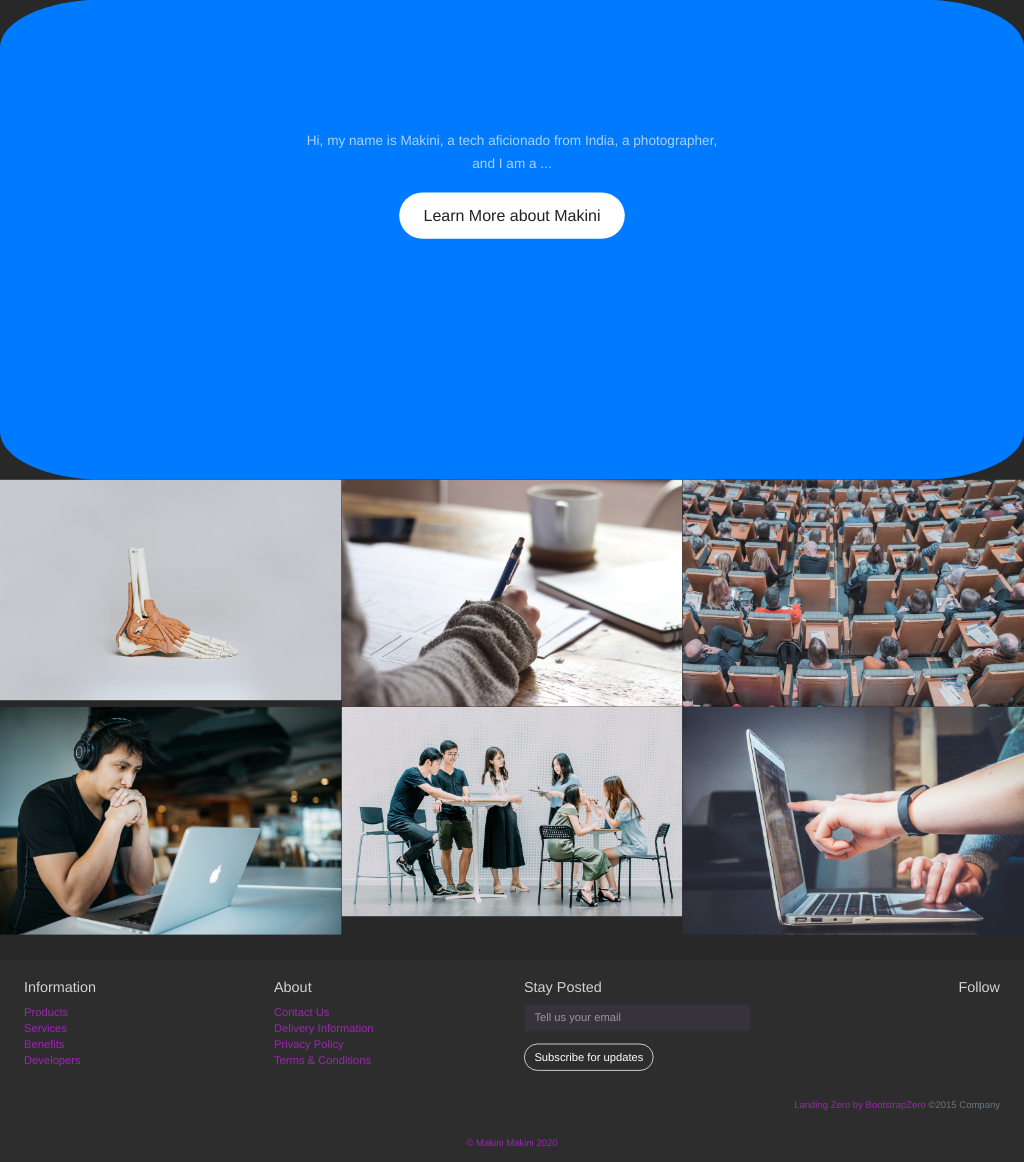
Repository: MakiniMakini/AMSUN-NOTES
Page: http://localhost/
An editor plug-in stored every save of this project. The page is shown before and after the next save, followed by the edit.
The browser window is 1280 px wide. The pictures show the part of the page from y = 807 to 2260 px (the page is 2260 px tall), at 80% of full size.
Some web fonts or font styles are not loaded; a fallback is used. The page is served by the project's application, run on Flask 3 (application.py). Other server files are loaded and not shown.

Above is the page before, as saved 2020-12-19 21:23:33.

### templates/home.html
{% extends "layout.html" %}

{% block title %}
    Home
{% endblock %}

{% block main %}


<header id="first">
    <div class="header-content">
        <div class="inner">
            <h1 class="cursive">Medic, Medical Student Notes</h1>
            <h4>An easy way to watch Youtube Videos and save notes</h4>
            <hr>
            <a href="#video-background" id="toggleVideo" data-toggle="collapse" class="btn btn-primary btn-xl">Toggle Video</a> &nbsp; <a href="/login" class="btn btn-primary btn-xl page-scroll">Get Started</a>
        </div>
    </div>
    <video autoplay="" loop="" class="fillWidth fadeIn wow collapse in" data-wow-delay="0.5s" poster="https://s3-us-west-2.amazonaws.com/coverr/poster/Traffic-blurred2.jpg" id="video-background">
        <source src="https://s3-us-west-2.amazonaws.com/coverr/mp4/Traffic-blurred2.mp4" type="video/mp4">Your browser does not support the video tag. I suggest you upgrade your browser.
    </video>
</header>
<section class="bg-primary" id="one">
    <div class="container">
        <div class="row">
            <div class="col-lg-6 col-lg-offset-3 col-md-8 col-md-offset-2 text-center">
                <h2 class="margin-top-0 text-primary">Built by Makini Makini</h2>
                <br>
                <p class="text-faded">
                    Hi, my name is Makini, a tech aficionado from India, a photographer, and I am a ...
                </p>
                <a href="https://makini-makini.herokuapp.com" class="btn btn-default btn-xl page-scroll">Learn More about Makini</a>
            </div>
        </div>
    </div>
</section>

<section id="three" class="no-padding">
    <div class="container-fluid">
        <div class="row no-gutter">
            <div class="col-lg-4 col-sm-6">
                <a href="#galleryModal" class="gallery-box" data-toggle="modal" data-src="./assets/deer.jpg">
                    <img src="/static/images/deer.jpg" class="img-responsive" alt="Image 1">
                    <div class="gallery-box-caption">
                        <div class="gallery-box-content">
                            <div>
                                <i class="icon-lg ion-ios-search"></i>
                            </div>
                        </div>
                    </div>
                </a>
            </div>
            <div class="col-lg-4 col-sm-6">
                <a href="#galleryModal" class="gallery-box" data-toggle="modal" data-src="./assets/beach.jpg">
                    <img src="/static/images/beach.jpg" class="img-responsive" alt="Image 2">
                    <div class="gallery-box-caption">
                        <div class="gallery-box-content">
                            <div>
                                <i class="icon-lg ion-ios-search"></i>
                            </div>
                        </div>
                    </div>
                </a>
            </div>
            <div class="clearfix hidden-lg"> </div>
            <div class="col-lg-4 col-sm-6">
                <a href="#galleryModal" class="gallery-box" data-toggle="modal" data-src="./assets/lake.jpg">
                    <img src="/static/images/lake.jpg" class="img-responsive" alt="Image 3">
                    <div class="gallery-box-caption">
                        <div class="gallery-box-content">
                            <div>
                                <i class="icon-lg ion-ios-search"></i>
                            </div>
                        </div>
                    </div>
                </a>
            </div>
            <div class="col-lg-4 col-sm-6">
                <a href="#galleryModal" class="gallery-box" data-toggle="modal" data-src="./assets/bike.jpg">
                    <img src="/static/images/bike.jpg" class="img-responsive" alt="Image 4">
                    <div class="gallery-box-caption">
                        <div class="gallery-box-content">
                            <div>
                                <i class="icon-lg ion-ios-search"></i>
                            </div>
                        </div>
                    </div>
                </a>
            </div>
            <div class="clearfix hidden-lg"> </div>
            <div class="col-lg-4 col-sm-6">
                <a href="#galleryModal" class="gallery-box" data-toggle="modal" data-src="./assets/city.jpg">
                    <img src="/static/images/city.jpg" class="img-responsive" alt="Image 5">
                    <div class="gallery-box-caption">
                        <div class="gallery-box-content">
                            <div>
                                <i class="icon-lg ion-ios-search"></i>
                            </div>
                        </div>
                    </div>
                </a>
            </div>
            <div class="col-lg-4 col-sm-6">
                <a href="#galleryModal" class="gallery-box" data-toggle="modal" data-src="./assets/colors.jpg">
                    <img src="/static/images/colors.jpg" class="img-responsive" alt="Image 6">
                    <div class="gallery-box-caption">
                        <div class="gallery-box-content">
                            <div>
                                <i class="icon-lg ion-ios-search"></i>
                            </div>
                        </div>
                    </div>
                </a>
            </div>
        </div>
    </div>
</section>



<footer id="footer">
    <div class="container-fluid">
        <div class="row">
            <div class="col-xs-6 col-sm-3 column">
                <h4>Information</h4>
                <ul class="list-unstyled">
                    <li><a href="">Products</a></li>
                    <li><a href="">Services</a></li>
                    <li><a href="">Benefits</a></li>
                    <li><a href="">Developers</a></li>
                </ul>
            </div>
            <div class="col-xs-6 col-sm-3 column">
                <h4>About</h4>
                <ul class="list-unstyled">
                    <li><a href="#">Contact Us</a></li>
                    <li><a href="#">Delivery Information</a></li>
                    <li><a href="#">Privacy Policy</a></li>
                    <li><a href="#">Terms &amp; Conditions</a></li>
                </ul>
            </div>
            <div class="col-xs-12 col-sm-3 column">
                <h4>Stay Posted</h4>
                <form>
                    <div class="form-group">
                      <input type="text" class="form-control" title="No spam, we promise!" placeholder="Tell us your email">
                    </div>
                    <div class="form-group">
                      <button class="btn btn-primary" data-toggle="modal" data-target="#alertModal" type="button">Subscribe for updates</button>
                    </div>
                </form>
            </div>
            <div class="col-xs-12 col-sm-3 text-right">
                <h4>Follow</h4>
                <ul class="list-inline">
                  <li><a rel="nofollow" href="" title="Twitter"><i class="icon-lg ion-social-twitter-outline"></i></a>&nbsp;</li>
                  <li><a rel="nofollow" href="" title="Facebook"><i class="icon-lg ion-social-facebook-outline"></i></a>&nbsp;</li>
                  <li><a rel="nofollow" href="" title="Dribble"><i class="icon-lg ion-social-dribbble-outline"></i></a></li>
                </ul>
            </div>
        </div>
        <br/>
        <span class="pull-right text-muted small"><a href="http://www.bootstrapzero.com">Landing Zero by BootstrapZero</a> ©2015 Company</span>
    </div>
</footer>
<div id="galleryModal" class="modal fade" tabindex="-1" role="dialog" aria-hidden="true">
    <div class="modal-dialog modal-lg">
    <div class="modal-content">
        <div class="modal-body">
            <img src="" id="galleryImage" class="img-responsive" />
            <p>
                <br/>
                <button class="btn btn-primary btn-lg center-block" data-dismiss="modal" aria-hidden="true">Close <i class="ion-android-close"></i></button>
            </p>
        </div>
    </div>
    </div>
</div>
<div id="aboutModal" class="modal fade" tabindex="-1" role="dialog" aria-hidden="true">
    <div class="modal-dialog">
    <div class="modal-content">
        <div class="modal-body">
            <h2 class="text-center">Landing Zero Theme</h2>
            <h5 class="text-center">
                A free, responsive landing page theme built by BootstrapZero.
            </h5>
            <p class="text-justify">
                This is a single-page Bootstrap template with a sleek dark/grey color scheme, accent color and smooth scrolling.
                There are vertical content sections with subtle animations that are activated when scrolled into view using the jQuery WOW plugin. There is also a gallery with modals
                that work nicely to showcase your work portfolio. Other features include a contact form, email subscribe form, multi-column footer. Uses Questrial Google Font and Ionicons.
            </p>
            <p class="text-center"><a href="http://www.bootstrapzero.com">Download at BootstrapZero</a></p>
            <br/>
            <button class="btn btn-primary btn-lg center-block" data-dismiss="modal" aria-hidden="true"> OK </button>
        </div>
    </div>
    </div>
</div>
<div id="alertModal" class="modal fade" tabindex="-1" role="dialog" aria-hidden="true">
    <div class="modal-dialog modal-sm">
    <div class="modal-content">
        <div class="modal-body">
            <h2 class="text-center">Nice Job!</h2>
            <p class="text-center">You clicked the button, but it doesn't actually go anywhere because this is only a demo.</p>
            <p class="text-center"><a href="http://www.bootstrapzero.com">Learn more at BootstrapZero</a></p>
            <br/>
            <button class="btn btn-primary btn-lg center-block" data-dismiss="modal" aria-hidden="true">OK <i class="ion-android-close"></i></button>
        </div>
    </div>
    </div>
</div>
<!--scripts loaded here -->
<script src="./js/jquery.min.js"></script>
<script src="./js/bootstrap.min.js"></script>
<script src="./js/jquery.easing.min.js"></script>
<script src="./js/wow.js"></script>
<script src="./js/scripts.js"></script>

<!-- <div class="row landing_page">

    <h1 id="home_tag">AMSUN NOTES</h1>

        <div class="row" id="images">
            <div class="col-4 h-50" id="first-col">
                <img id="one" src="https://images.unsplash.com/photo-1505751172876-fa1923c5c528?ixid=MXwxMjA3fDB8MHxwaG90by1wYWdlfHx8fGVufDB8fHw%3D&ixlib=rb-1.2.1&auto=format&fit=crop&w=1050&q=80" alt="">
                <p>Trust</p>
            </div>
            <div class="col-4" id="second-col">
                <img id="two" src="https://images.unsplash.com/photo-1537368910025-700350fe46c7?ixlib=rb-1.2.1&ixid=MXwxMjA3fDB8MHxwaG90by1wYWdlfHx8fGVufDB8fHw%3D&auto=format&fit=crop&w=1050&q=80" alt="">
                <p>The</p>
            </div>
            <div class="col-4" id="third-col">
                <img id="three" src="https://images.unsplash.com/photo-1516841273335-e39b37888115?ixlib=rb-1.2.1&ixid=MXwxMjA3fDB8MHxwaG90by1wYWdlfHx8fGVufDB8fHw%3D&auto=format&fit=crop&w=1031&q=80" alt="">
                <p>Process</p>
            </div>
        </div>

</div> -->

{% endblock %}

### templates/layout.html
<!DOCTYPE html>
<html lang="en">
    <head>
        <!-- Required meta tags -->
        <meta charset="utf-8">
        <meta name="viewport" content="width=device-width, initial-scale=1, shrink-to-fit=no">

        <!-- documentation at http://getbootstrap.com/docs/4.1/, alternative themes at https://bootswatch.com/ -->
        <link href="https://maxcdn.bootstrapcdn.com/bootstrap/4.1.3/css/bootstrap.min.css" rel="stylesheet">

        <!-- https://favicon.io/emoji-favicons/money-mouth-face/ -->
        <link href="/static/favicon.ico" rel="icon">

        <link href="/static/styles.css" rel="stylesheet">
        <link rel="stylesheet" href="/static/bootstrap.min.css" />
        <link rel="stylesheet" href="/static/animate.min.css" />
        <link rel="stylesheet" href="/static/ionicons.min.css" />
        <link rel="stylesheet" href="/static/styles2.css" />

        <script src="https://code.jquery.com/jquery-3.3.1.min.js"></script>
        <script src="https://cdnjs.cloudflare.com/ajax/libs/popper.js/1.14.3/umd/popper.min.js"></script>
        <script src="https://maxcdn.bootstrapcdn.com/bootstrap/4.1.3/js/bootstrap.min.js"></script>

        <title>AMSUN Notes: {% block title %}{% endblock %}</title>
    </head>

    <body>

        <nav class="navbar navbar-expand-md navbar-light bg-dark border">
            <a class="navbar-brand" href="/"><span class="blue">A</span><span class="red">M</span><span class="yellow">S</span><span class="green">U</span><span class="yellow">N</span> <span class="blue">Notes</span></a>
            <button aria-controls="navbar" aria-expanded="false" aria-label="Toggle navigation" class="navbar-toggler" data-target="#navbar" data-toggle="collapse" type="button">
                <span class="navbar-toggler-icon"></span>
            </button>
            <div class="collapse navbar-collapse" id="navbar">
                {% if session.user_id %}
                    <ul class="navbar-nav mr-auto mt-2">
                        <li class="nav-item"><a class="nav-link" href="/home">New Note</a></li>
                        <li class="nav-item"><a class="nav-link" href="/my_notes">My Notes</a></li>
                    </ul>
                    <ul class="navbar-nav ml-auto mt-2">
                        <li class="nav-item"><a class="nav-link" href="/profile">Profile</a></li>
                        <li class="nav-item"><a class="nav-link" href="/logout">Log Out</a></li>
                    </ul>
                {% else %}
                    <ul class="navbar-nav ml-auto mt-2">
                        <li class="nav-item"><a class="nav-link" href="/register">Register</a></li>
                        <li class="nav-item"><a class="nav-link" href="/login">Log In</a></li>
                    </ul>
                {% endif %}
            </div>
        </nav>

        {% if get_flashed_messages() %}
            <header>
                <div class="alert alert-primary border text-center" role="alert">
                    {{ get_flashed_messages() | join(" ") }}
                </div>
            </header>
        {% endif %}

        <main class="container p-0">

        </main>
        {% block main %}{% endblock %}

        <footer class="small text-center text-muted">
             <a href="https://makini-makini.herokuapp.com">© Makini Makini 2020</a>
        </footer>

    </body>
</html>

### application.py
import os

import sqlite3
from flask import Flask, flash, jsonify, redirect, render_template, request, session
from flask_session import Session
from tempfile import mkdtemp
from werkzeug.exceptions import default_exceptions, HTTPException, InternalServerError
from werkzeug.security import check_password_hash, generate_password_hash

from helpers import apology, login_required


# Configure application
app = Flask(__name__)

# Ensure templates are auto-reloaded
app.config["TEMPLATES_AUTO_RELOAD"] = True

# Ensure responses aren't cached
@app.after_request
def after_request(response):
    response.headers["Cache-Control"] = "no-cache, no-store, must-revalidate"
    response.headers["Expires"] = 0
    response.headers["Pragma"] = "no-cache"
    return response


# Configure session to use filesystem (instead of signed cookies)
app.config["SESSION_FILE_DIR"] = mkdtemp()
app.config["SESSION_PERMANENT"] = False
app.config["SESSION_TYPE"] = "filesystem"
Session(app)

# connecting to the database
connection = sqlite3.connect("amsun_notes.db", check_same_thread=False)

# cursor
db = connection.cursor()

# >>>>>>>>>>>>>>>>>>>>>>>>>>>>>>>ROUTES<<<<<<<<<<<<<<<<<<
@app.route("/")
def home_page():
    return render_template("home.html")

@app.route("/home")
@login_required
def index():
    return render_template("index.html")

@app.route("/profile")
@login_required
def profile():
    return render_template("profile.html")

@app.route("/my_notes")
@login_required
def my_notes():
    return render_template("my_notes.html")

# >>>>>>>>>>>>>REGISTER<<<<<<<<<<<<<<<<<<<<<<<<<<<<<<<<<<<
@app.route("/register", methods=["GET", "POST"])
def register():
    """Register user"""

    # if 'GET' render Reg. form
    if request.method == "GET":
        return render_template("register.html")

    if request.method == "POST":

        username = request.form.get("username")
        # Ensure username is submitted
        if not request.form.get("username"):
             return apology("must provide username", 403)

        # Ensure password was submitted
        elif not request.form.get("password") and not request.form.get("confirmation"):
            return apology("must provide password and confirmation", 403)
        else:
            # query db
            db.execute("SELECT * FROM users WHERE username = :username",
                            {'username' : username})
            rows = db.fetchall()

            # check if user exists
            if len(rows) == 1:
                return apology("username already exists", 403)
            else:
                username = request.form.get("username")

            # password
            if request.form.get("password") == request.form.get("confirmation"):
                # hash password
                pwhash = generate_password_hash(request.form.get("password"), method='plain')
            else:
                return apology("passwords do not match", 403)

            # update db
            db.execute("INSERT INTO users (username, hash) VALUES (:username, :pwhash)", {'username':username, 'pwhash':pwhash})

            # To save the changes in the files. Never skip this.
            # If we skip this, nothing will be saved in the database.
            connection.commit()

            # # close the connection
            # connection.close()
            return redirect("/")


# >>>>>>>>>>>>>>>>>>>>>>LOGIN<<<<<<<<<<<<<<<<<<<<<<


@app.route("/login", methods=["GET", "POST"])
def login():
    """Log user in"""

    # Forget any user_id
    session.clear()

    # User reached route via POST (as by submitting a form via POST)
    if request.method == "POST":

        # Ensure username was submitted
        if not request.form.get("username"):
            return apology("must provide username", 403)

        # Ensure password was submitted
        elif not request.form.get("password"):
            return apology("must provide password", 403)

        # Query database for username
        db.execute("SELECT * FROM users WHERE username = :username",
                          {'username':request.form.get("username")})

        rows = db.fetchall()

        print(rows)
        # Ensure username exists and password is correct
        if len(rows) != 1 or not check_password_hash(rows[0][2], request.form.get("password")):
            return apology("invalid username and/or password", 403)

    # Remember which user has logged in
        session["user_id"] = rows[0][0]

        # Redirect user to home page
        return redirect("/")

    # User reached route via GET (as by clicking a link or via redirect)
    else:
        return render_template("login.html")

#>>>>>>>>>>>>>>>>>>>>>>>>>>>LOGOUT<<<<<<<<<<<<<<<<<<<<<<<<

@app.route("/logout")
def logout():
    """Log user out"""

    # Forget any user_id
    session.clear()

    # Redirect user to login form
    return redirect("/")


# >>>>>>>>>>>>>>>>>>>SAVE NOTES <<<<<<<<<<<<<<<<<<<<<<<<<
@app.route("/notes", methods=["GET", "POST"])
@login_required
def save():
    #save notes to database

    # logged user
    user_id = session['user_id']

    if request.method == "POST":

        # get the title
        title = request.form.get("title")

        #get notes
        notes = request.form.get("notes")

        # ensure the fields are not blank
        if not request.form.get("notes"):
            return apology('must write something', 403)
        else:
            db.execute("INSERT INTO notes (user_id, title, notes) VALUES (:user_id, :title, :notes)", {'user_id':user_id, 'title':title, 'notes':notes})

            # save to data base
            connection.commit()
            return render_template("index.html")

### static/styles.css
nav .navbar-brand {
	/* size for brand */
	font-size: xx-large;
}

/* colors for brand */
nav .navbar-brand .blue {
	color: #537fbe;
}
nav .navbar-brand .red {
	color: #ea433b;
}
nav .navbar-brand .yellow {
	color: #f5b82e;
}
nav .navbar-brand .green {
	color: #2e944b;
}

main .form-control {
	/* center form controls */
	display: inline-block;

	/* override Bootstrap's 100% width for form controls */
	width: auto;
}

main {
	/* scroll horizontally as needed */
	overflow-x: auto;

	/* center contents */
	text-align: center;
}

main img {
	/* constrain images on small screens */
	max-width: 100%;
}

/* Split the screen in half */
.split {
	height: 100%;
	width: 50%;
	position: fixed;
	z-index: -1;
	top: 0;
	overflow-x: hidden;
	padding-top: 20px;
}

/* Control the left side */
.left {
	left: 0;
	background-color: #111;
}

/* Control the right side */
.right {
	right: 0;
	background-color: rgb(121, 95, 95);
}

/* If you want the content centered horizontally and vertically */
.centered {
	position: absolute;
	top: 50%;
	left: 50%;
	transform: translate(-50%, -50%);
	text-align: center;
}

/* Style the image inside the centered container, if needed */
.centered img {
	width: 150px;
	border-radius: 50%;
}

textarea {
	font-family: monospace;
}

body,
html {
	height: 100%;
}

.landing_page {
	background-image: url("https://images.unsplash.com/photo-1605160535955-e77f7c61d04f?ixid=MXwxMjA3fDB8MHxwaG90by1wYWdlfHx8fGVufDB8fHw%3D&ixlib=rb-1.2.1&auto=format&fit=crop&w=1053&q=80");
	width: 100%;
	height: 100%;
	background-position: center;
	background-repeat: no-repeat;
	background-size: cover;
	position: relative;
	display: table;
}

#images {
	position: relative;
	z-index: 1;
}
#one {
	border-radius: 10%;
}
#two {
	border-radius: 90%;
}
#three {
	border-radius: 10%;
}

#home_tag {
	z-index: 1;
	color: azure;
	text-align: center;
	height: 50%;
}

Loaded but not shown: static/bootstrap.min.css (library); static/animate.min.css (library); static/ionicons.min.css (library); js/jquery.min.js (library); js/bootstrap.min.js (library); js/jquery.easing.min.js (library); js/wow.js (library); js/scripts.js (34 lines, source omitted); static/styles2.css (528 lines, source omitted)

After the next save:
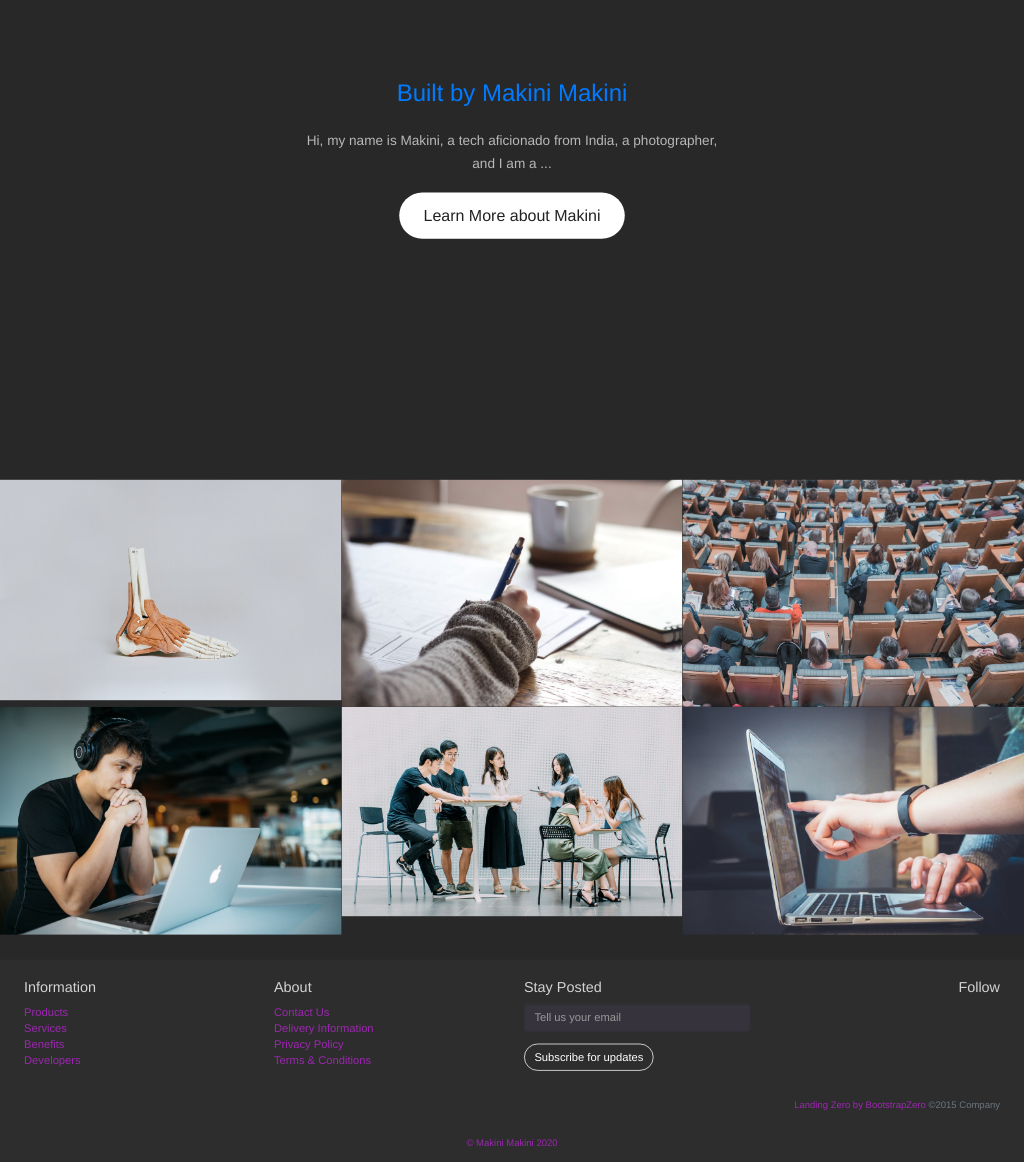
Saved 62 s later.
--- a/templates/home.html
+++ b/templates/home.html
@@ -20,7 +20,7 @@
         <source src="https://s3-us-west-2.amazonaws.com/coverr/mp4/Traffic-blurred2.mp4" type="video/mp4">Your browser does not support the video tag. I suggest you upgrade your browser.
     </video>
 </header>
-<section class="bg-primary" id="one">
+<section  id="one">
     <div class="container">
         <div class="row">
             <div class="col-lg-6 col-lg-offset-3 col-md-8 col-md-offset-2 text-center">
